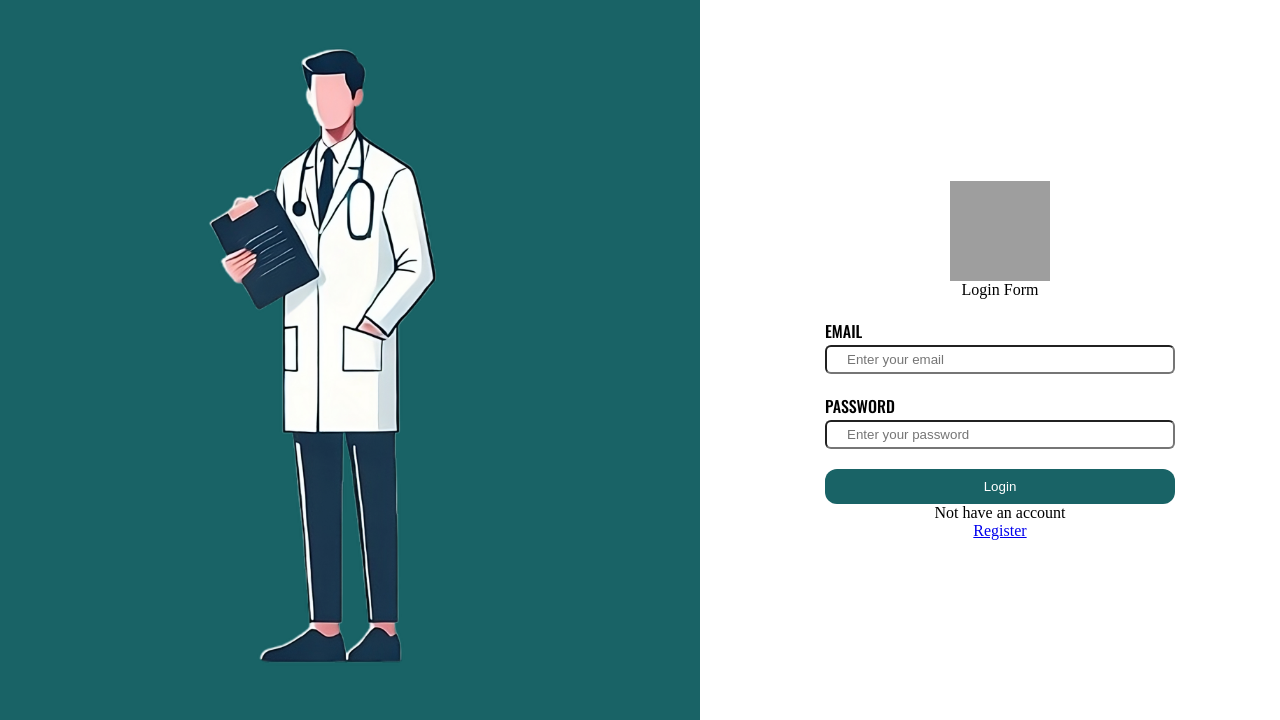
Repository: AriaFantom/Minor-Project
Page: http://localhost/Project/login.jsp
These files come from the project's save history. The page is drawn as it stood at one moment and after the next save; the edit follows.
The browser window is 1280 px wide. The pictures show the whole page.
Pictures or frames that could not be fetched are drawn as grey boxes. Some web fonts or font styles are not loaded; a fallback is used. The page is served by Tomcat 10.

Above is the page before, as saved 2025-01-14 19:02:12.

After the next save:
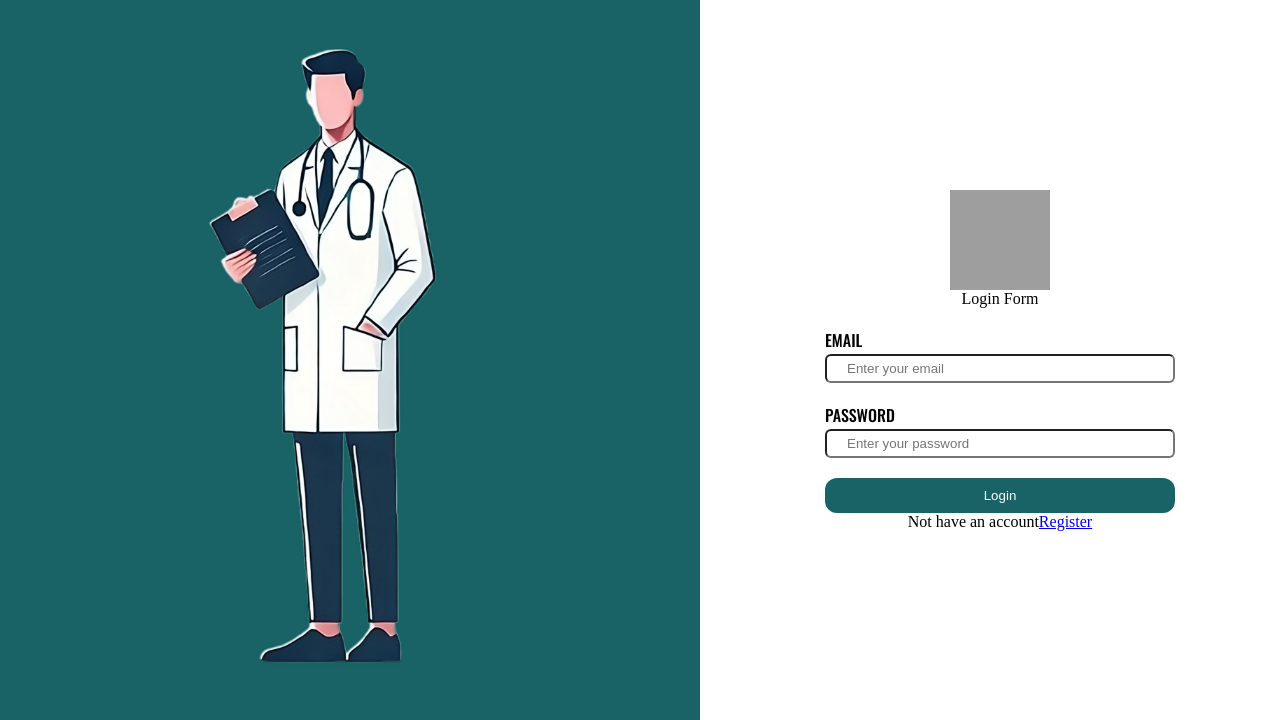
Saved 24 s later.
--- a/Project/src/main/webapp/login.jsp
+++ b/Project/src/main/webapp/login.jsp
@@ -44,7 +44,7 @@
             <input type="password" id="password" name="password" placeholder="Enter your password">
             <button>Login</button>
         </form>
-        Not have an account<a href="<%=request.getContextPath()%>/index.jsp" class="back-button">Register</a>
+        <p>Not have an account<a href="<%=request.getContextPath()%>/index.jsp" class="back-button">Register</a></p>
     </div>
 </main>
 </body>
